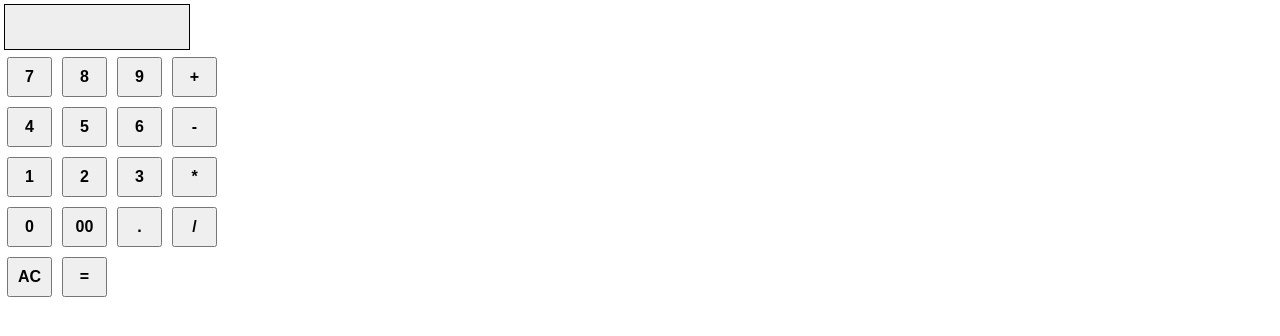
Repository: Kokoro-jp/calculatorApp
Page: index.html
The author's editor kept a record of every edit. The page is drawn from the files as they stood at one moment, then again after the next edit.
The browser window is 1280 px wide. The pictures show the whole page.

Above is the page before.

After the next edit:
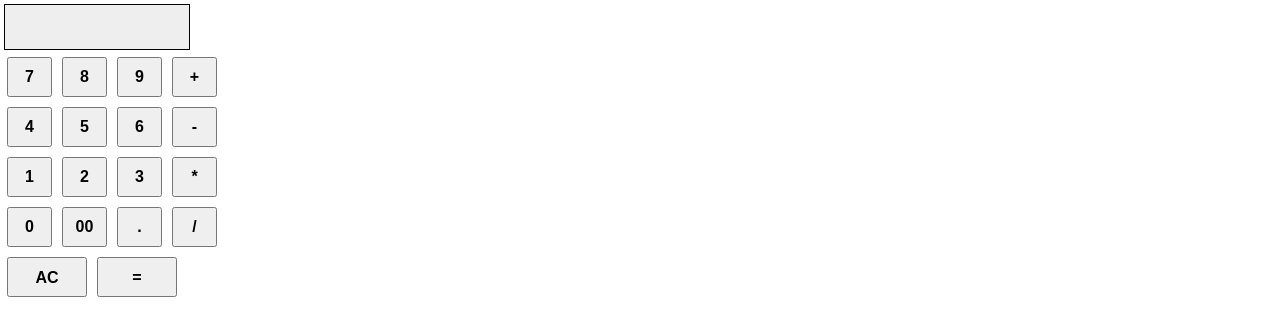
The edit:
--- a/index.html
+++ b/index.html
@@ -41,8 +41,8 @@
           </tr>
 
           <tr>
-            <td><button class="reset" onclick="reset(this)">AC</button></td>
-            <td><button class="equal" onclick="equal(this)">=</button></td>
+            <td><button class="longbutton" onclick="reset(this)">AC</button></td>
+            <td><button class="longbutton" onclick="equal(this)">=</button></td>
           </tr>
 
         </table>
